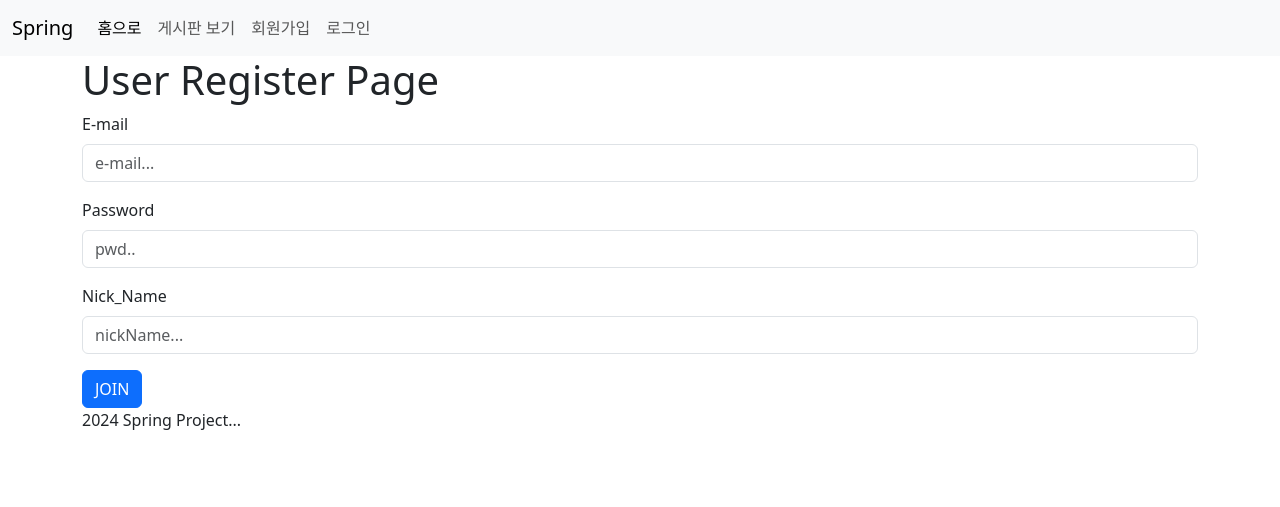
Repository: wanted2001/spring2_project
Page: http://localhost/spring_test2/WEB-INF/views/user/register.jsp
The author's editor kept a copy of each file at every save. The page is drawn from the files as they stood at one save, then again after the next save.
The browser window is 1280 px wide. The pictures show the whole page.
The page is served by Tomcat 9. Nobody is signed in. Other server files are loaded and not shown. The template is opened directly, without the code that normally fills it, so the values that code supplies are empty.

Above is the page before, as saved 2024-05-09 03:47:14.
Console error: TypeError: Cannot read properties of null (reading 'addEventListener')

### spring_test2/src/main/webapp/WEB-INF/views/user/register.jsp
<%@ page language="java" contentType="text/html; charset=UTF-8"
    pageEncoding="UTF-8"%>
<jsp:include page="../layout/header.jsp" />
<div class="container-md">
		<h1>User Register Page</h1>
		<form action="/user/register" method="post">
		<div class="mb-3">
	  		<label for="e" class="form-label">E-mail</label>
	  		<input type="text" class="form-control" name="email" id="e" placeholder="e-mail...">

		</div>
		<div class="mb-3">
	  		<label for="p" class="form-label">Password</label>
	  		<input type="password" class="form-control" name="pwd" id="p" placeholder="pwd..">
		</div>
		<div class="mb-3">
	  		<label for="n" class="form-label">Nick_Name</label>
	  		<input type="text" class="form-control" name="nickName" id="n" placeholder="nickName...">
		</div>
		<button type="submit" class="btn btn-primary">JOIN</button>
	</form>
		</div>
<jsp:include page="../layout/footer.jsp" />

### spring_test2/src/main/webapp/WEB-INF/views/layout/header.jsp
<%@ page language="java" contentType="text/html; charset=UTF-8"
	pageEncoding="UTF-8"%>
<%@taglib uri="http://java.sun.com/jsp/jstl/core" prefix="c"%>
<%@taglib uri="http://www.springframework.org/security/tags"
	prefix="sec"%>
<!DOCTYPE html>
<html>
<head>
<meta charset="UTF-8">
<title>header.jsp</title>
<link href="/resources/css/bootstrap.min.css" rel="stylesheet"
	crossorigin="anonymous">
<script src="/resources/js/bootstrap.bundle.min.js"
	crossorigin="anonymous"></script>
</head>
<body>
	<nav class="navbar navbar-expand-lg bg-body-tertiary">
		<div class="container-fluid">
			<a class="navbar-brand" href="/">Spring</a>
			<button class="navbar-toggler" type="button"
				data-bs-toggle="collapse" data-bs-target="#navbarSupportedContent"
				aria-controls="navbarSupportedContent" aria-expanded="false"
				aria-label="Toggle navigation">
				<span class="navbar-toggler-icon"></span>
			</button>
			<div class="collapse navbar-collapse" id="navbarSupportedContent">
				<ul class="navbar-nav me-auto mb-2 mb-lg-0">
					<li class="nav-item"><a class="nav-link active"
						aria-current="page" href="/">홈으로</a></li>

					<li class="nav-item"><a class="nav-link" href="/board/list">게시판
							보기</a></li>
					<sec:authorize access="isAnonymous()">
						<li class="nav-item"><a class="nav-link"
							href="/user/register">회원가입</a></li>
						<li class="nav-item"><a class="nav-link" href="/user/login">로그인</a>
						</li>
					</sec:authorize>
					<!-- 액세스에 권한이 있는지 확인  -->
					<!-- 현재 사용자의 정보는 principal  -->

					<sec:authorize access="isAuthenticated()">
						<sec:authentication property="principal.uvo.email" var="authEmail" />
						<sec:authentication property="principal.uvo.nickName"
							var="authNick" />
						<sec:authentication property="principal.uvo.authList" var="auths" />
						<c:choose>
							<c:when
								test="${auths.stream().anyMatch(authVO -> authVO.auth.equals('ROLE_ADMIN')).get() }">
								<li class="nav-item"><a class="nav-link" href="/user/userList">회원리스트
										${authNick }(${authEmail }) / ADMIN)</a></li>
								<li class="nav-item"><a class="nav-link"
									href="/board/register">게시판 글쓰기</a></li>
							</c:when>
							<c:otherwise>
								<li class="nav-item"><a class="nav-link" href="/user/userModify">회원정보수정
										${authNick }(${authEmail })</a></li>
							</c:otherwise>
						</c:choose>
						<li class="nav-item"><a class="nav-link" href=""
							id="logoutLink">로그아웃</a></li>
						<form action="/user/logout" method="post" id="logoutForm">
							<!-- 인증된 계정의 이메일 -->
							<input type="hidden" name="email" value="${authEmail }">
						</form>
					</sec:authorize>


					<%--  <c:if test="${ses.id ne null }">
        <li class="nav-item">
          <a class="nav-link" href="/user/logout">로그아웃</a>
        </li>
        <li class="nav-item">
          <a class="nav-link" href="/user/modify">${ses.id }(${ses.email }) welcome!!!</a>
        </li>
        </c:if> --%>
				</ul>
			</div>
		</div>
	</nav>
	<script type="text/javascript">
	document.getElementById("logoutLink").addEventListener('click',(e)=>{
		e.preventDefault();
	    document.getElementById("logoutForm").submit();
	})
	</script>

### spring_test2/src/main/webapp/WEB-INF/views/layout/footer.jsp
<%@ page language="java" contentType="text/html; charset=UTF-8"
    pageEncoding="UTF-8"%>
<div class="container-md">
	2024 Spring Project...
</div>

</body>
</html>

Loaded but not shown: spring_test2/src/main/webapp/resources/css/bootstrap.min.css (library); spring_test2/src/main/webapp/resources/js/bootstrap.bundle.min.js (library)

After the next save:
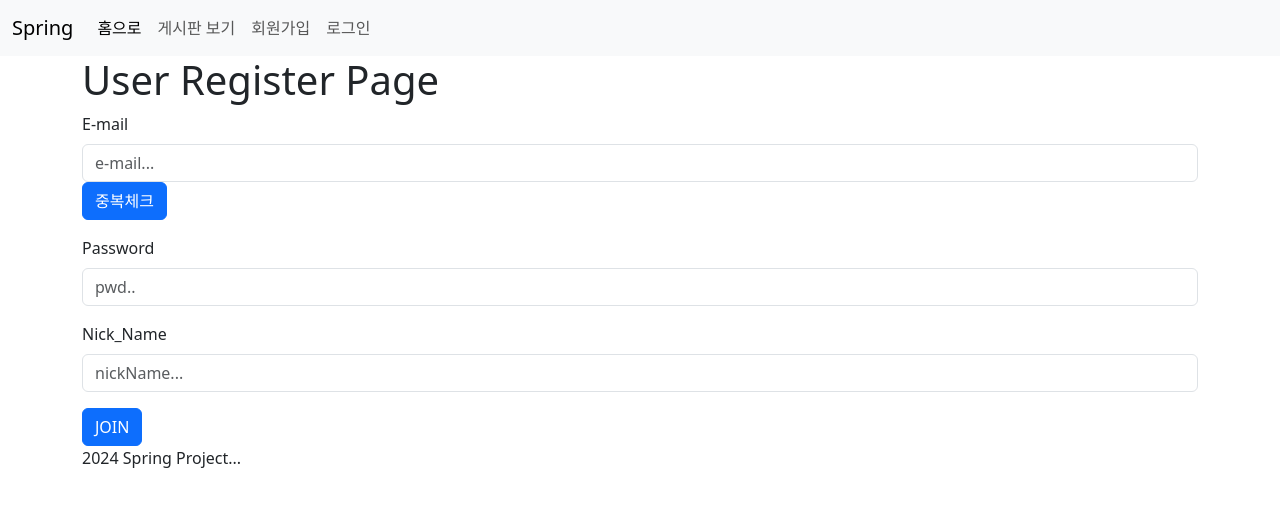
Saved 33 min 46 s later.
--- a/spring_test2/src/main/webapp/WEB-INF/views/user/register.jsp
+++ b/spring_test2/src/main/webapp/WEB-INF/views/user/register.jsp
@@ -7,7 +7,7 @@
 		<div class="mb-3">
 	  		<label for="e" class="form-label">E-mail</label>
 	  		<input type="text" class="form-control" name="email" id="e" placeholder="e-mail...">
-
+	  		<a href="/user/check"><button type="button" class="btn btn-primary" id="check">중복체크</button></a>
 		</div>
 		<div class="mb-3">
 	  		<label for="p" class="form-label">Password</label>
